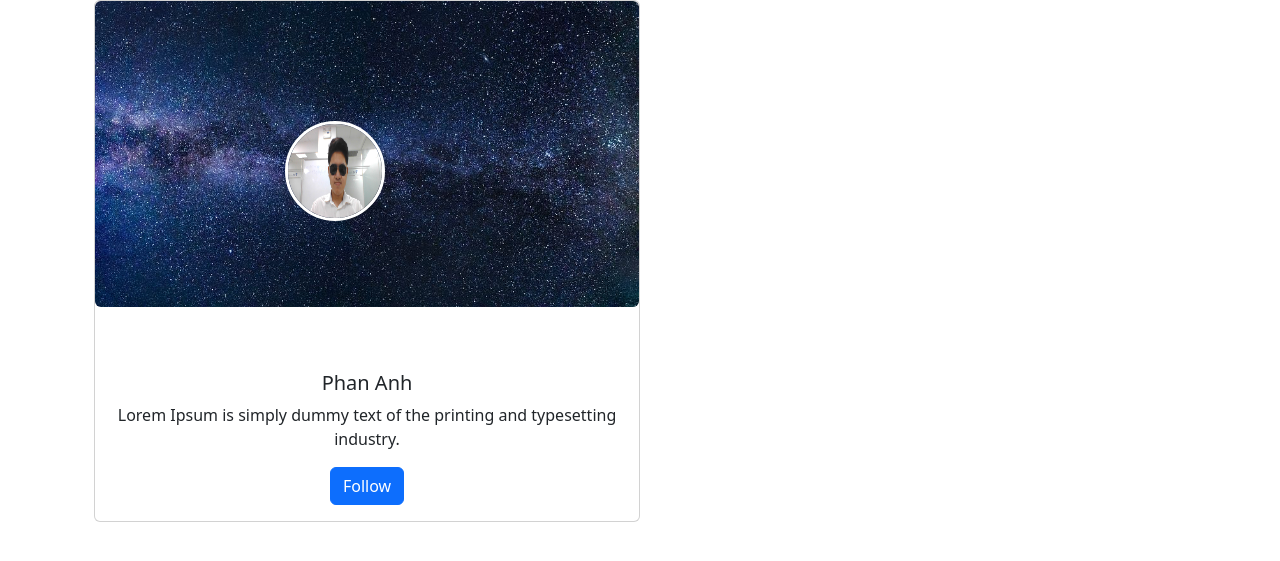
Repository: NPhanA/React2022
Page: / (app in Day 03-React/exercise/)
The author's editor kept a copy of each file at every save. The page is drawn from the files as they stood at one save, then again after the next save.
The browser window is 1280 px wide. The pictures show the whole page.
The project was rebuilt for these pictures with package versions that can differ from the ones it lists, and the page was loaded fresh each time. Also part of the build but not shown: Day 03-React/exercise/src/App.css, Day 03-React/exercise/src/App.js, Day 03-React/exercise/src/Components/UserAgent.js.

Above is the page before, as saved 2022-07-26 16:57:44.

### Day 03-React/exercise/src/index.js
import React from 'react';
import ReactDOM from 'react-dom/client';
import './index.css';
import App from './App';
import reportWebVitals from './reportWebVitals';
import 'bootstrap/dist/css/bootstrap.min.css';
import {createRoot} from 'react-dom/client';
import UserAgent from './Components/UserAgent';
import App1 from './Components/ProfileCard';
import ProfileCard from './Components/ProfileCard';
const container = document.getElementById('root');
const root = createRoot(container);
root.render(<ProfileCard />);

### Day 03-React/exercise/src/Components/ProfileCard.js
import avatar from '../Pictures/Avatar.jpg';
import space from '../Pictures/Space.jpg';

function ProfileCard() {
  return (
    <div className="container ">
      <div className="row mx-auto">
        <div className="col-xs-12 col-xxl-6 mx-auto">
          <div className="card w-50 text-center rounded" >
            <div className="upper">
              <img src={space} className="img-fluid rounded"></img>
            </div>
            <div className="user text-center">
              <div className="profile">
                <img src={avatar} className="rounded-circle position-absolute" width="80" style={{
                  top: "120px",
                  left: "35%",
                  height: "100px",
                  width: "100px",
                  border: "3px solid #fff",
                  borderradius: "50%"
                }}></img>
              </div>
            </div>
            <div className="card-body mt-5">
              <h5 className="card-title">Phan Anh</h5>
              <p className="card-text">Lorem Ipsum is simply dummy text of the printing and typesetting industry.</p>
              <a href="#" className="btn btn-primary">Follow</a>
            </div>
          </div>
        </div>
      </div>
    </div>
  );
}

export default ProfileCard;

### Day 03-React/exercise/src/Components/SignInForm.js
function SignInForm() {
    return (
       <input type="email" className="form-control form-control-sm" placeholder="Email address"required></input>
    );
  }

  export default SignInForm;

Loaded but not shown: Day 03-React/exercise/public/index.html (common file); Day 03-React/exercise/src/index.css (common file); Day 03-React/exercise/src/reportWebVitals.js (common file)

After the next save:
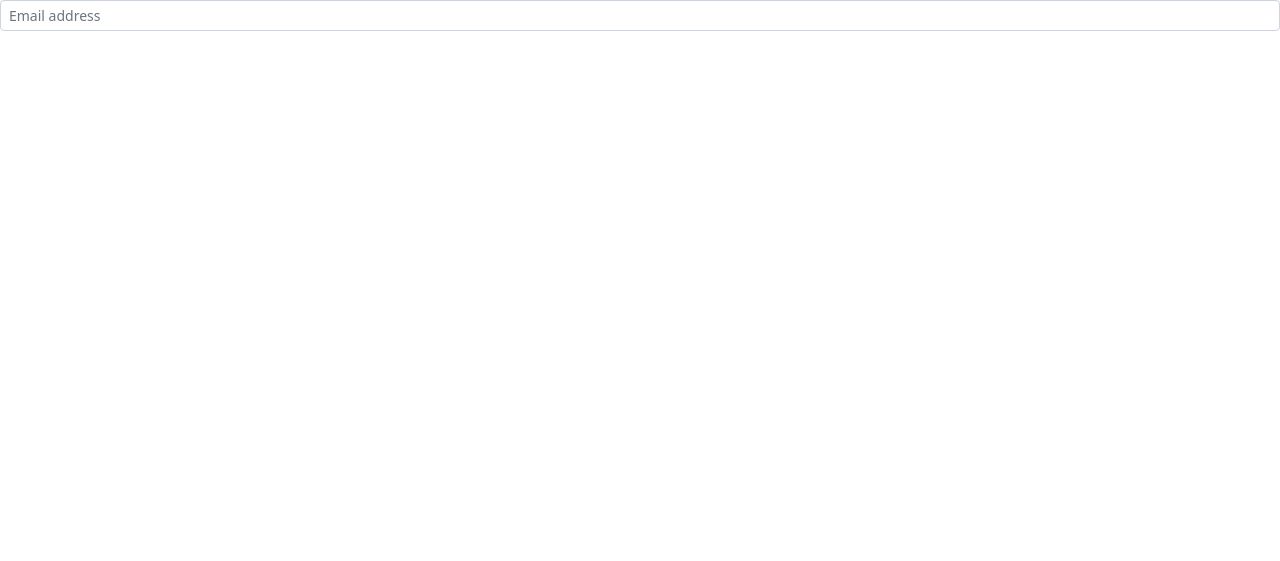
Saved 22 s later.
--- a/Day 03-React/exercise/src/index.js
+++ b/Day 03-React/exercise/src/index.js
@@ -8,6 +8,7 @@ import {createRoot} from 'react-dom/client';
 import UserAgent from './Components/UserAgent';
 import App1 from './Components/ProfileCard';
 import ProfileCard from './Components/ProfileCard';
+import SignInForm from './Components/SignInForm';
 const container = document.getElementById('root');
 const root = createRoot(container);
-root.render(<ProfileCard />);
+root.render(<SignInForm />);
